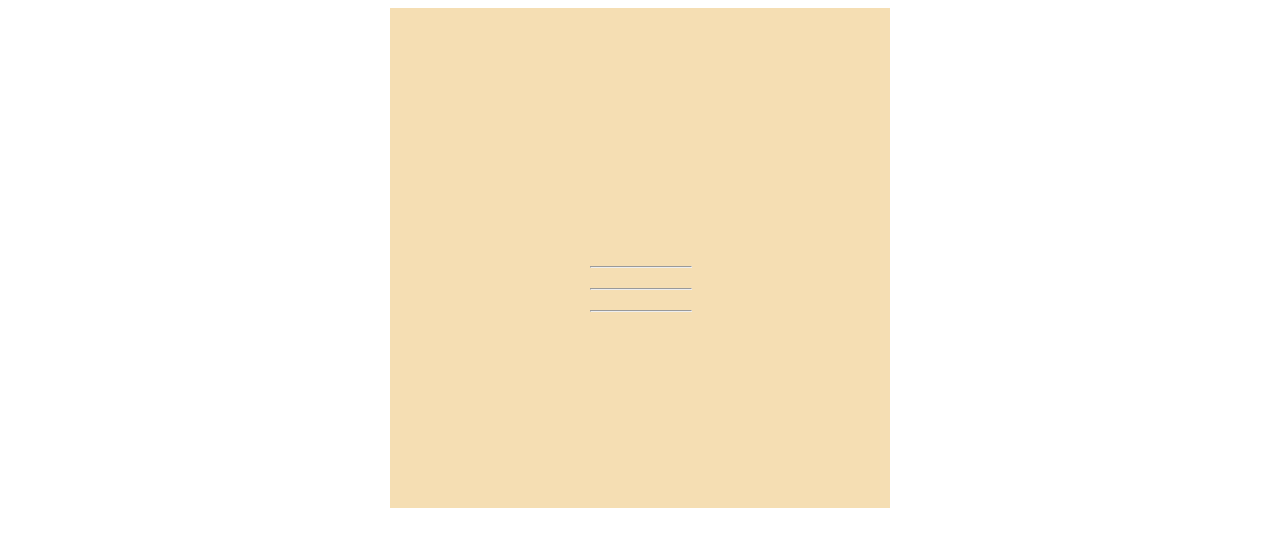
Repository: batonAnton/Hw-Lec10-animation
Page: index.html
The author's editor kept a copy of each file at every save. The page is drawn from the files as they stood at one save, then again after the next save.
The browser window is 1280 px wide. The pictures show the whole page.

Above is the page before, as saved 2022-07-16 14:56:46.

### index.html
<!DOCTYPE html>
<html lang="en">
<head>
    <meta charset="UTF-8">
    <meta http-equiv="X-UA-Compatible" content="IE=edge">
    <meta name="viewport" content="width=device-width, initial-scale=1.0">
    <link rel="stylesheet" href="css/style.css">
    <title>Animation</title>
</head>
<body>
        <div class="wrapper">
            <div class="block">
                <div class="cross-line">
                    <hr class="first-line">
                    <hr class="second-line">
                    <hr class="third-line">
                </div>

                <div class="allcircle">
                    <span class="circle1"></span>
                    <span class="circle2"></span>
                    <span class="circle3"></span>
                    <span class="circle4"></span>
                    <span class="circle5"></span>
                    <span class="circle6"></span>
                    <span class="circle7"></span>
                </div>

            </div>
        </div>
</body>
</html>

### css/style.css
.wrapper{
    display:flex;
    justify-content: center;
    position: relative;
}
.block{
    background-color: black;
    width: 500px;
    height: 500px;
    display:flex;
    justify-content: center;
}

.cross-line{
    width: 100px;
    height: 100px;
    top: 50%;
    position:absolute;
}

hr{
    background-color: #fff;
    width: 100px;
}

.second-line{
    margin-bottom: 20px;
    margin-top: 20px;
    transition: all 0.3s ease-in-out;

}

.second-line{
    transition: all 0.3s ease-in-out;

}

.third-line{
    transition: all 0.3s ease-in-out;
}





.cross-line:hover .first-line {
    box-shadow: 0.4em 0 0.6em 0.2em rgb(190, 40, 204);
    transition: all 0.3s ease-in-out;
    transform: translateY(18px) translateX(0px) rotate(45deg);


}
.cross-line:hover .second-line {
    transition: all 0.3s ease-in-out;
    box-shadow: 0.4em 0 0.6em 0.2em rgb(190, 40, 204);
    transform: translateY(-3px) translateX(0px) rotate(-45deg);
}

.cross-line:hover .third-line{
    transition: all 0.3s ease-in-out;
    transform: translateY(-26px) translateX(0px) rotate(-45deg);
}

/* circle */

.allcircle{
    background-color: wheat;
    height: 500px;
    width: 500px;
    display: flex;
    justify-content: center;
    align-items: c;
}
.circle{
    border-radius: 50%;
    width: 25px;
    height: 25px;
    background-color: rgb(46, 111, 49);
}

After the next save:
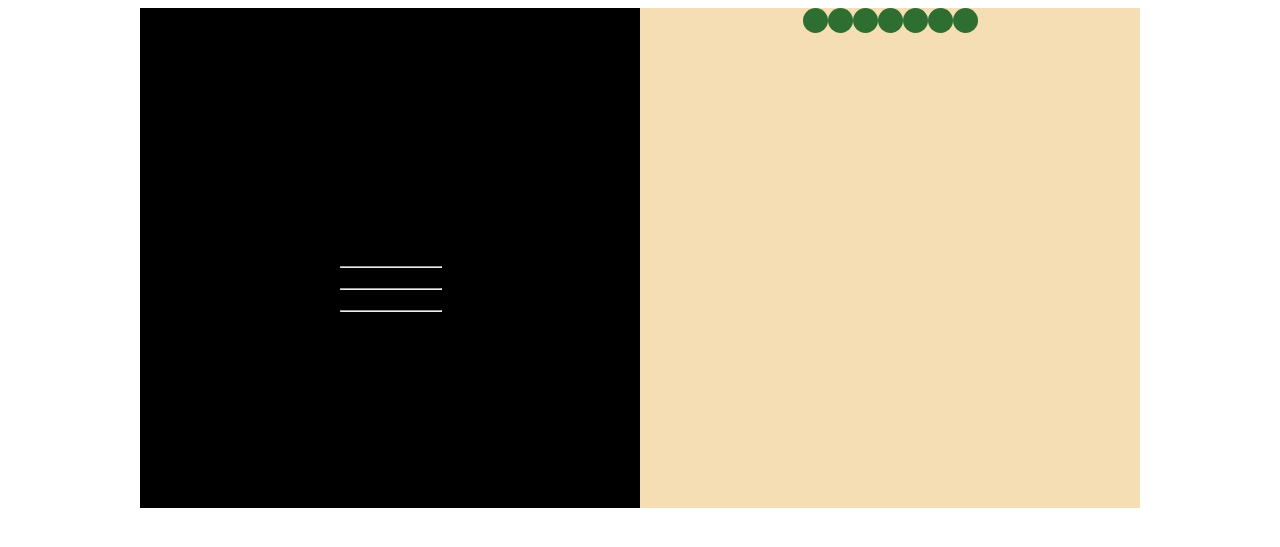
Saved 2 min 14 s later.
--- a/index.html
+++ b/index.html
@@ -15,17 +15,15 @@
                     <hr class="second-line">
                     <hr class="third-line">
                 </div>
-
-                <div class="allcircle">
-                    <span class="circle1"></span>
-                    <span class="circle2"></span>
-                    <span class="circle3"></span>
-                    <span class="circle4"></span>
-                    <span class="circle5"></span>
-                    <span class="circle6"></span>
-                    <span class="circle7"></span>
-                </div>
-
+            </div>
+            <div class="allcircle">
+                <div class="circle1 circle"></div>
+                <div class="circle2 circle"></div>
+                <div class="circle3 circle"></div>
+                <div class="circle4 circle"></div>
+                <div class="circle5 circle"></div>
+                <div class="circle6 circle"></div>
+                <div class="circle7 circle"></div>
             </div>
         </div>
 </body>
